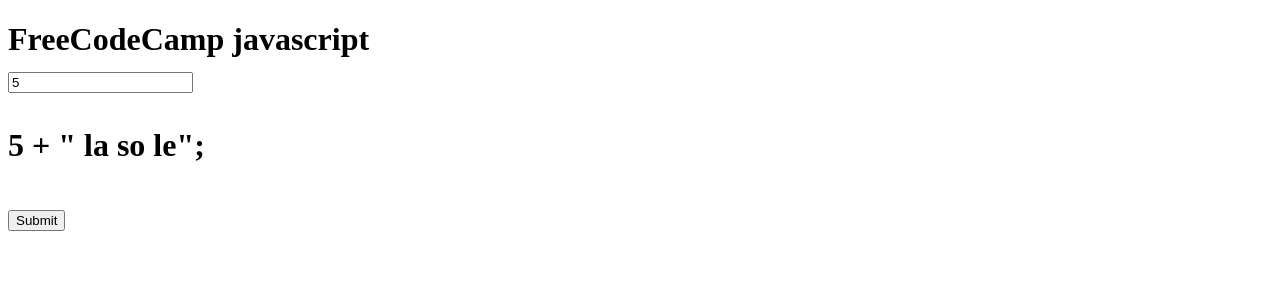
Repository: cuongcay/Clone_YB
Page: FreeCodeCamp.html
These files come from the project's save history. The page is drawn as it stood at one moment and after a run of saves; the edit follows.
The browser window is 1280 px wide. The pictures show the whole page.
Empty fields were first filled with sample values (such as "Sample", 5 or name@example.com).
After loading, the first visible `#submit` was clicked once.

Above is the page before, as saved 2022-08-02 15:57:24.

### FreeCodeCamp.html
<!DOCTYPE html>
<html lang="en">
<head>
    <meta charset="UTF-8">
    <meta http-equiv="X-UA-Compatible" content="IE=edge">
    <meta name="viewport" content="width=device-width, initial-scale=1.0">
    <title>FreeCodeCamp</title>
</head>
<body>
    <h1>
        FreeCodeCamp javascript
        <div >
            <input type="number" id="input" placeholder="Enter Number">
            <p id="hello">hello</p>
            <input type="submit" id="submit" value="Submit" onclick="submit()">
        </div>
    </h1>

    <script type="text/javascript" src="./FreeCodeCamp.js"></script>
</body>
</html>

### FreeCodeCamp.js
function submit(){
    const input = document.getElementById("input").value;
    const hello = document.getElementById("hello");

    const submit = document.getElementById("submit");

    const mod = input%2;

    if(mod ===1){
        hello.innerHTML = `
            ${input} + " la so le";
        `;
    }else{
        hello.innerHTML = `
        ${input} + " la so chan"`;
    }
}

After the next 2 saves:
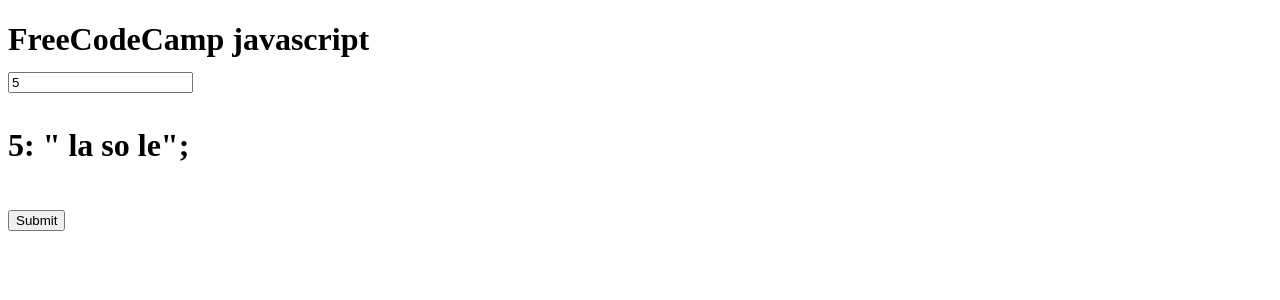
The 2 saves are shown as one change because they came seconds apart.
The last was saved 15 s later.
--- a/FreeCodeCamp.js
+++ b/FreeCodeCamp.js
@@ -8,7 +8,7 @@
 
     if(mod ===1){
         hello.innerHTML = `
-            ${input} + " la so le";
+            ${input}: " la so le";
         `;
     }else{
         hello.innerHTML = `
